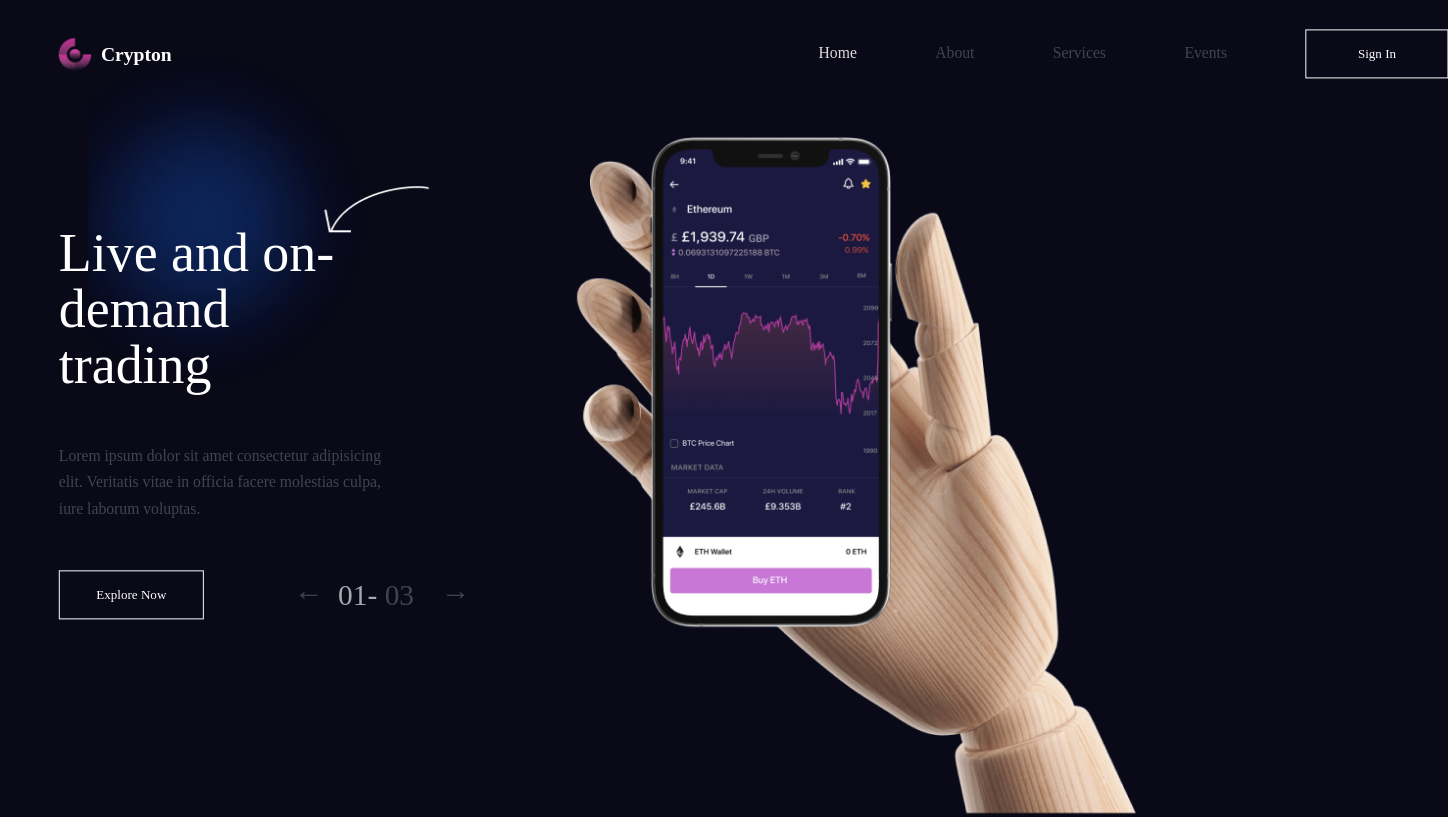
Repository: isaacCodes1/Crypton-Website
Page: index.html
The author's editor kept a copy of each file at every save. The page is drawn from the files as they stood at one save, then again after the next save.
The browser window is 1280 px wide. The page is 1478 px wide, so the pictures cover 1478 px, including what lies to the right of the window. The pictures show the whole page, at 98% of full size.

Above is the page before, as saved 2024-05-14 20:52:46.

After the next save:
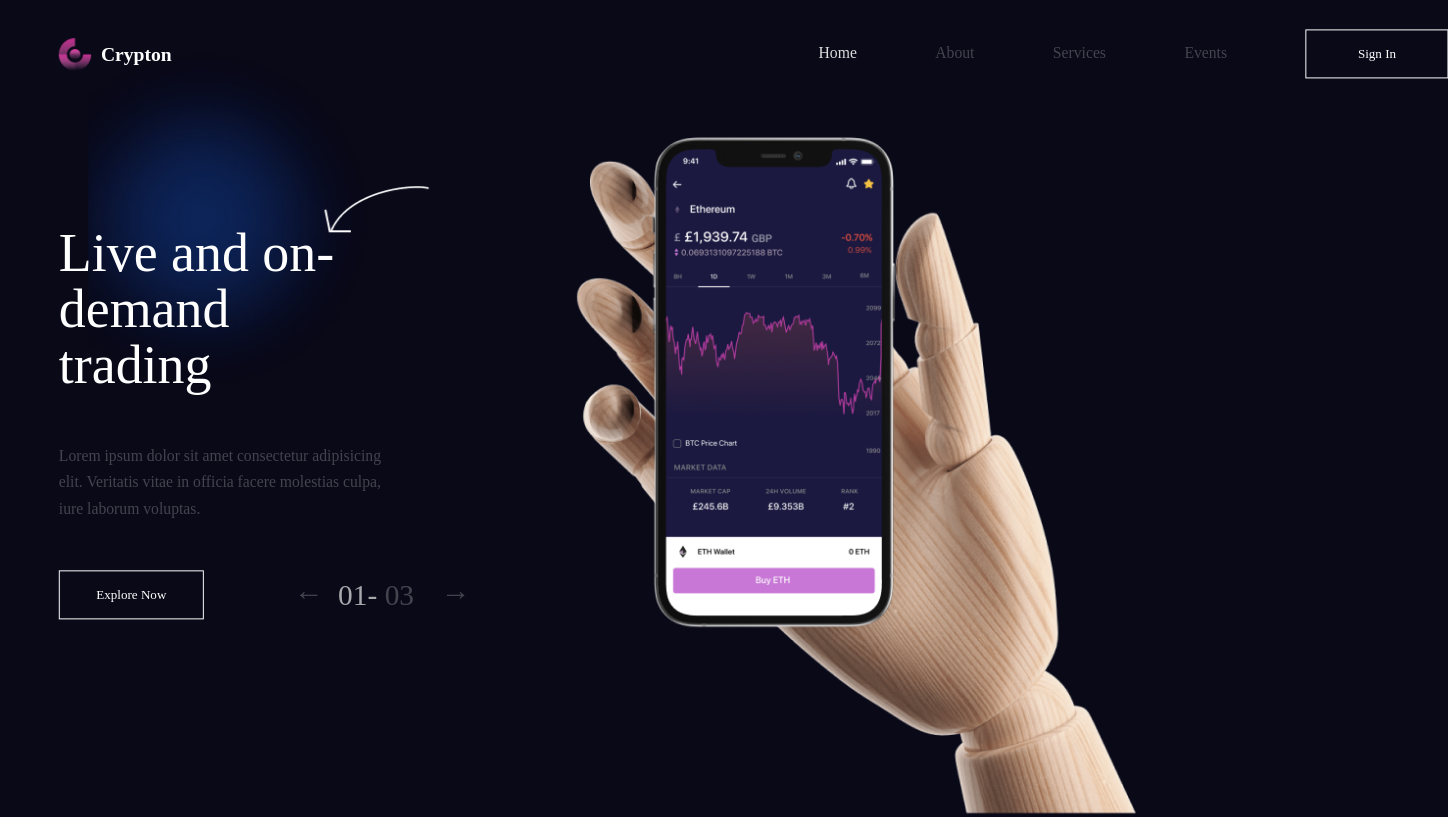
Saved 4 s later.
--- a/style.css
+++ b/style.css
@@ -139,6 +139,6 @@ body{
 }
 .wood{
     position: absolute;
-    right: 249px;
+    right: 246px;
     top: -10px;
 }
